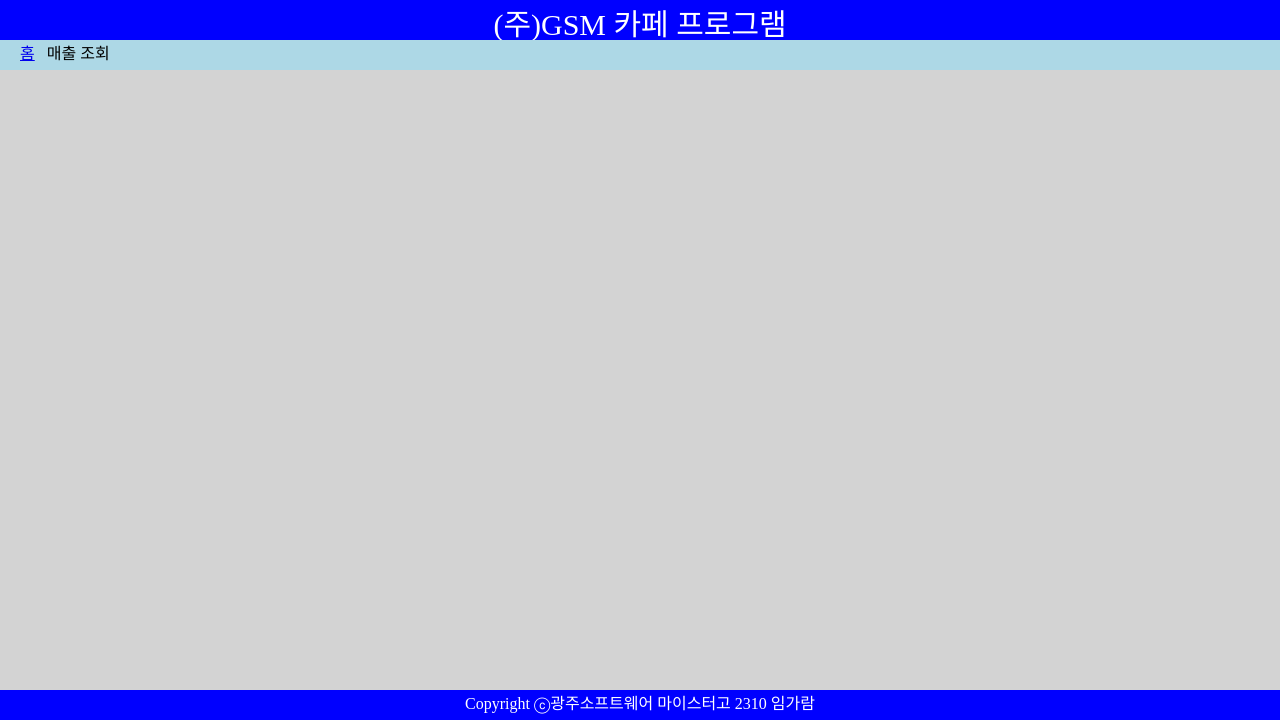
Repository: ImGaram/til
Page: http://localhost/cafe/
An editor plug-in stored every save of this project. The page is shown before and after the next save, followed by the edit.
The browser window is 1280 px wide. The pictures show the whole page.
The page is served by Tomcat 9.

Above is the page before, as saved 2022-06-29 00:10:53.

After the next save:
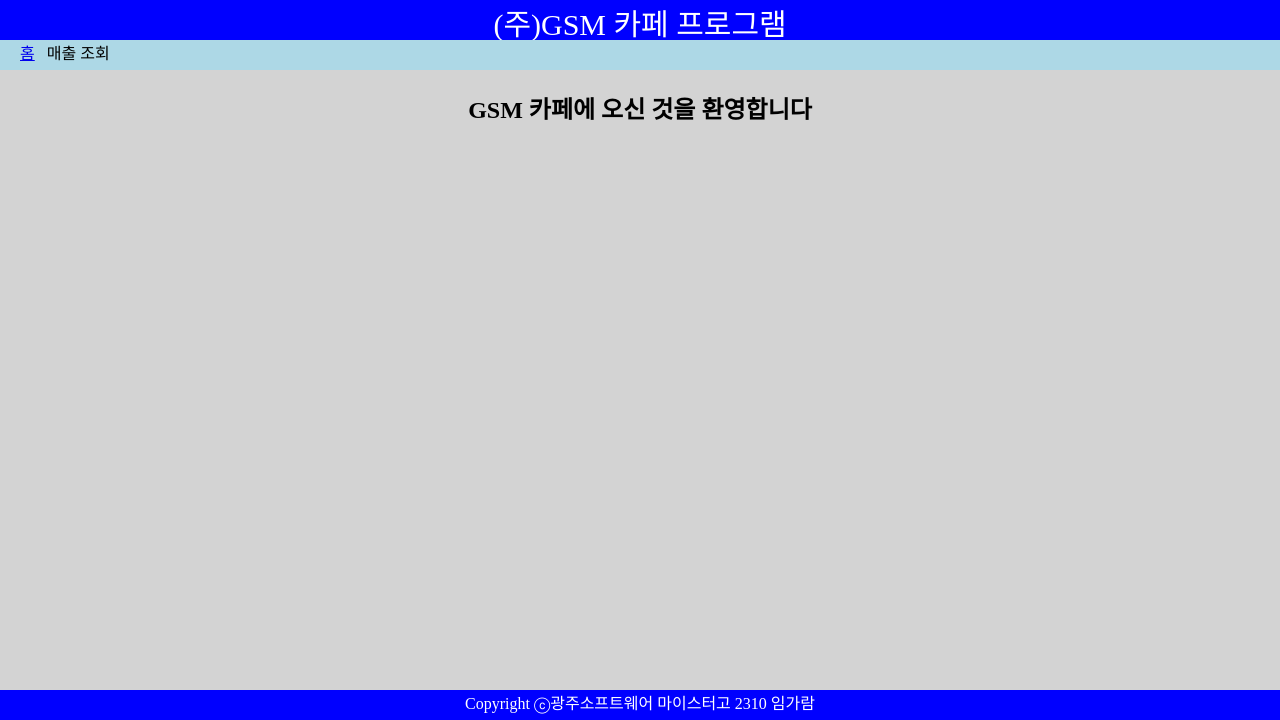
Saved 39 s later.
--- a/2학년 jsp(화면구현)/gsm2022/cafe/src/main/webapp/index.jsp
+++ b/2학년 jsp(화면구현)/gsm2022/cafe/src/main/webapp/index.jsp
@@ -9,7 +9,7 @@
 <body>
 <jsp:include page="header.jsp"></jsp:include>
 <section style="position:fixed; width:100%; height:100%; top:70px; left:0; background-color: lightgray">
-
+<h2 style="text-align: center">GSM 카페에 오신 것을 환영합니다</h2>
 </section>
 <jsp:include page="footer.jsp"></jsp:include>
 </body>
